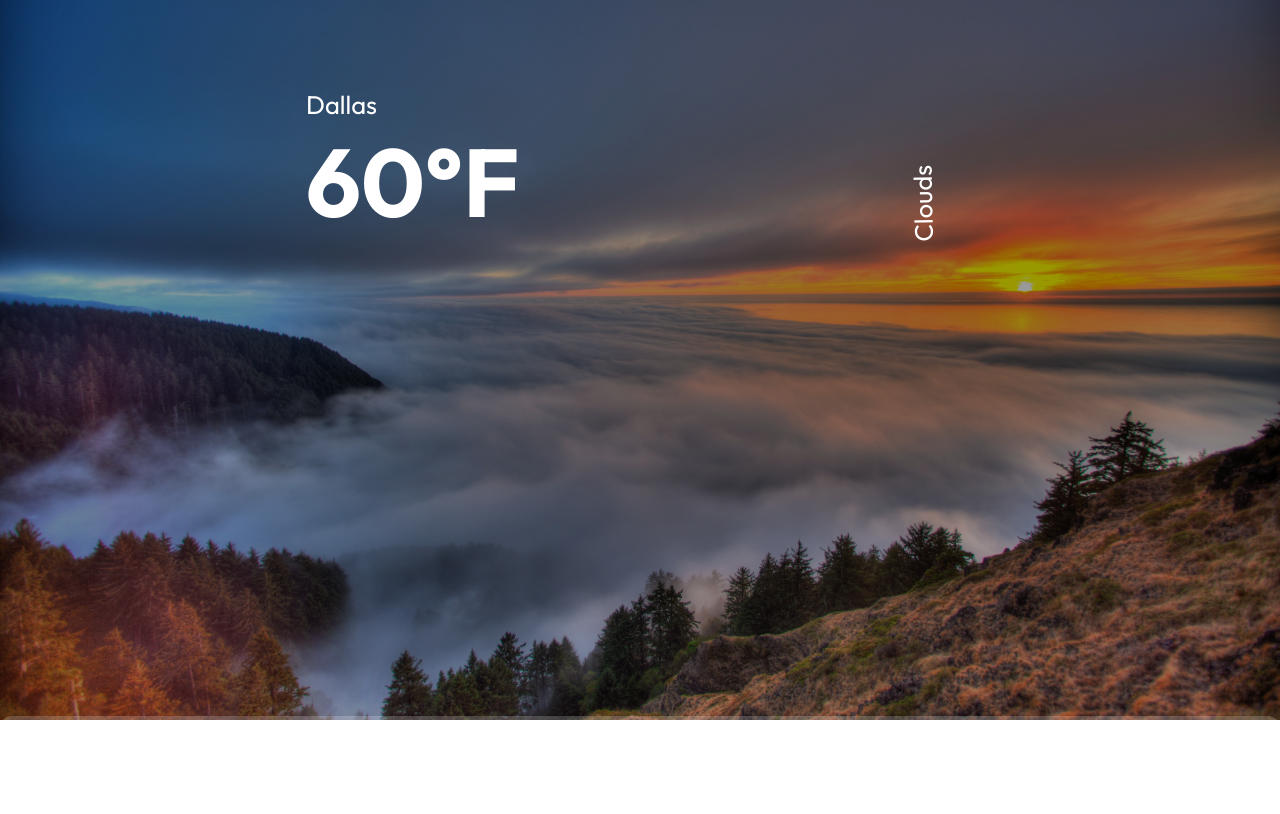
Repository: stavan30/weather-react
Page: /
These files come from the project's save history. The page is drawn as it stood at one moment and after the next save; the edit follows.
The browser window is 1280 px wide. The pictures show the whole page.
The project was rebuilt for these pictures with package versions that can differ from the ones it lists, and the page was loaded fresh each time.

Above is the page before, as saved 2024-02-06 00:35:07.

### src/index.css
@import url('https://fonts.googleapis.com/css2?family=Outfit:wght@100;200;300;400;500;600;700&family=Poppins:ital,wght@0,100;0,200;0,300;0,400;0,500;0,600;0,700;0,800;0,900;1,100;1,200;1,300;1,400;1,500;1,600;1,700;1,800;1,900&display=swap');

* {
  box-sizing: border-box;
  margin: 0;
  padding: 0;
}

body {
  font-family: 'Outfit', 'Segoe UI', 'Roboto', 'Oxygen',
    'Ubuntu', 'Cantarell', 'Fira Sans', 'Droid Sans', 'Helvetica Neue',
    sans-serif;
  -webkit-font-smoothing: antialiased;
  -moz-osx-font-smoothing: grayscale;
}

p {
  font-size: 1.6rem;
}

h1 {
  font-size: 6rem;
}

.app {
  width: 100%;
  height: 100vh;
  position: relative;
  background-color: rgba(0, 0, 0, 0.4);
  color: white;
}

.app:before{
  content: '';
  background: url('./assets/sunset.jpg') no-repeat center center/cover;
  position: absolute;
  width: 100%;
  height: 100%;
  top: 0;
  left: 0;
  z-index: -1;
}

.container {
  max-width: 700px;
  height: 700px;
  margin: auto;
  padding: 0 1rem;
  position: relative;
  top: 10%;
  display: flex;
  flex-direction: column;
  justify-content: space-between;
}

.app .top {
  width: 100%;
  margin: 1rem auto;
}

.app .description {
  position: relative;
  right: -90%;
  transform-origin: 0 0;
  transform: rotate(269deg);
}

.app .bottom {
  display: flex;
  justify-content: space-evenly;
  text-align: center;
  width: 100%;
  margin: 1rem auto;
  padding: 1rem;
  border-radius: 12px;
  background-color: rgba(255,255,255, 0.2);
}

.bold {
  font-weight: 700;
}

### src/App.js
import React, {useState} from "react";
import axios from "axios";

function App() {

  //const url = `https://api.openweathermap.org/data/2.5/weather?q=dallas&appid=5a1232a3639c7a443e7df182fff23304`

  return (
    <div className="app">
      <div className="container">
        <div className="top">
          <div className="location">
            <p>Dallas</p>
          </div>
          <div className="temp">
            <h1>60°F</h1>
          </div>
          <div className="description">
            <p>Clouds</p>
          </div>
        </div>
      </div>
        <div className="bottom">
          <div className="feels">
            <p className="bold">65°F</p>
            <p>Feels Like</p>
          </div>
          <div className="humidity">
            <p className="bold">20%</p>
            <p>Humidity</p>
          </div>
          <div className="wind">
            <p className="bold">12 MPH</p>
            <p>Wind Speed</p>
          </div>
        </div>
    </div>
  );
}

export default App;

Loaded but not shown: public/index.html (common file); src/index.js (common file)

After the next save:
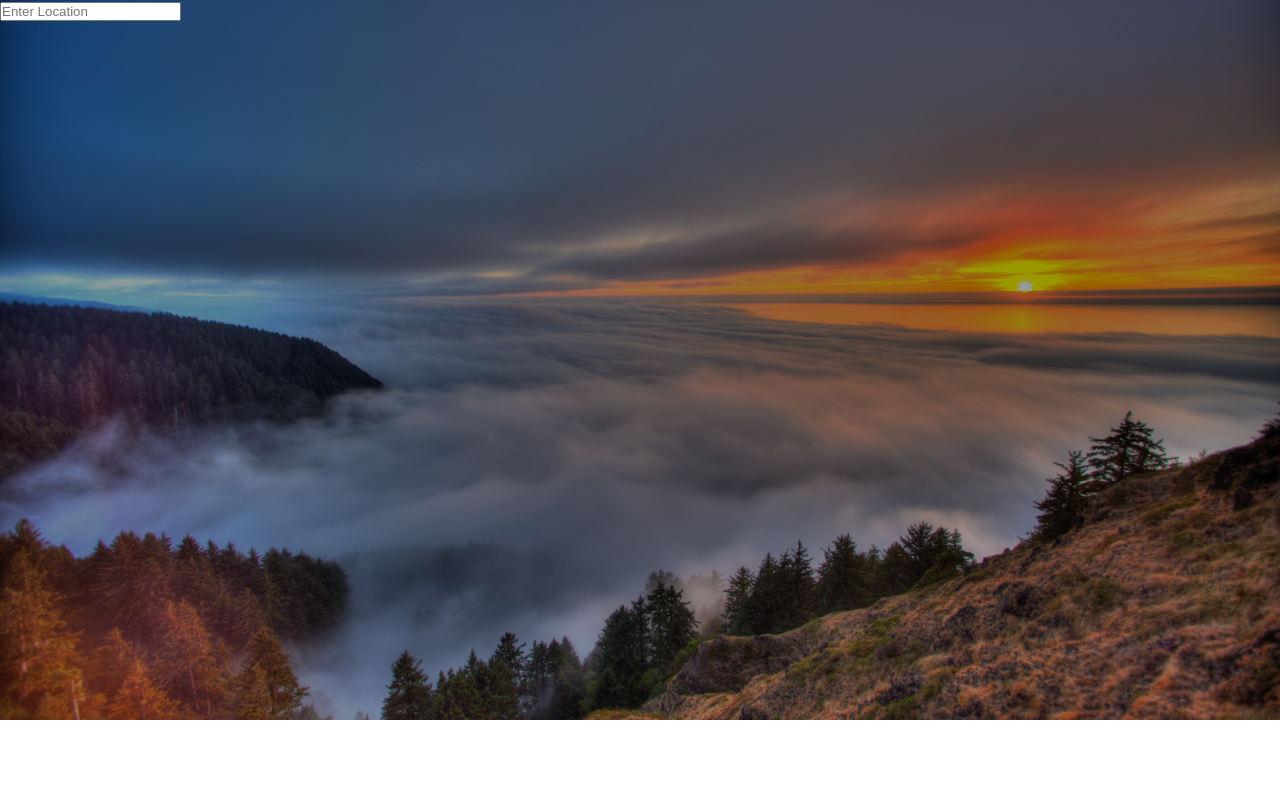
Saved 15 min 7 s later.
--- a/src/App.js
+++ b/src/App.js
@@ -3,37 +3,61 @@ import axios from "axios";
 
 function App() {
 
-  //const url = `https://api.openweathermap.org/data/2.5/weather?q=dallas&appid=5a1232a3639c7a443e7df182fff23304`
+  const [data, setData] = useState({})
+  const [location, setLocation] = useState('')
+
+  //const url = `https://api.openweathermap.org/data/2.5/weather?q=${location}&units=imperial&appid=5a1232a3639c7a443e7df182fff23304`
+
+  const searchLocation = (event) => {
+    if (event.key === 'Enter') {
+      axios.get(url).then((response) => {
+        setData(response.data)
+        console.log(response.data)
+      })
+      setLocation('')
+    }
+  }
 
   return (
     <div className="app">
+      <div className="search">
+        <input
+          value={location}
+          onChange={event => setLocation(event.target.value)}
+          onKeyPress={searchLocation}
+          placeholder='Enter Location'
+          type="text" />
+      </div>
       <div className="container">
         <div className="top">
           <div className="location">
-            <p>Dallas</p>
+            <p>{data.name}</p>
           </div>
           <div className="temp">
-            <h1>60°F</h1>
+            {data.main ? <h1>{data.main.temp.toFixed()}°F</h1> : null}
           </div>
           <div className="description">
-            <p>Clouds</p>
+            {data.weather ? <p>{data.weather[0].main}</p> : null}
           </div>
         </div>
+
+        {data.name !== undefined &&
+          <div className="bottom">
+            <div className="feels">
+              {data.main ? <p className='bold'>{data.main.feels_like.toFixed()}°F</p> : null}
+              <p>Feels Like</p>
+            </div>
+            <div className="humidity">
+              {data.main ? <p className='bold'>{data.main.humidity}%</p> : null}
+              <p>Humidity</p>
+            </div>
+            <div className="wind">
+              {data.wind ? <p className='bold'>{data.wind.speed.toFixed()} MPH</p> : null}
+              <p>Wind Speed</p>
+            </div>
+          </div>
+        }
       </div>
-        <div className="bottom">
-          <div className="feels">
-            <p className="bold">65°F</p>
-            <p>Feels Like</p>
-          </div>
-          <div className="humidity">
-            <p className="bold">20%</p>
-            <p>Humidity</p>
-          </div>
-          <div className="wind">
-            <p className="bold">12 MPH</p>
-            <p>Wind Speed</p>
-          </div>
-        </div>
     </div>
   );
 }
